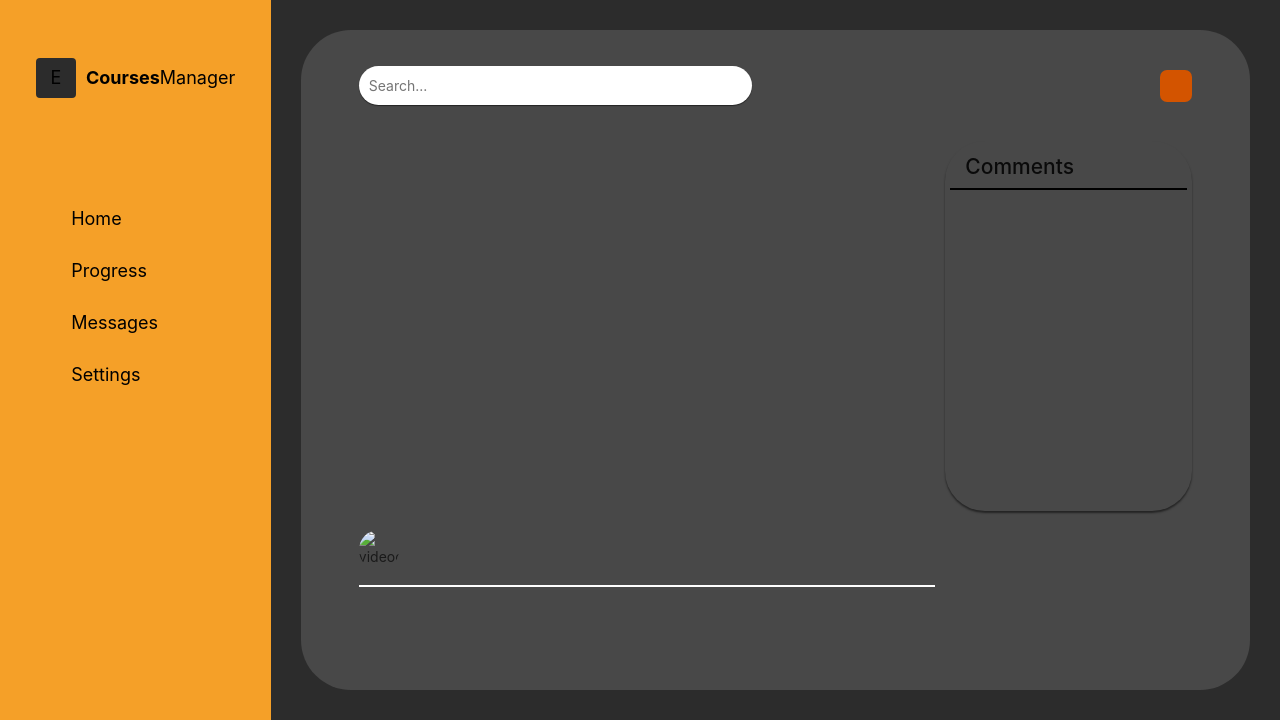
Repository: huynhnt1406/coursestorage
Page: /videodetail/1 (app in coursestorage/)
An editor plug-in stored every save of this project. The page is shown before and after the next save, followed by the edit.
The browser window is 1280 px wide. The pictures show the whole page.
The page's requests for data from a server got no answer. The project was rebuilt for these pictures with package versions that can differ from the ones it lists, and the page was loaded fresh each time. No one was signed in, and anything a server would have sent is missing. Also part of the build but not shown: coursestorage/src/components/ListItems.vue, coursestorage/src/components/VideoList.vue, coursestorage/src/smallcomponents/Messages.vue, coursestorage/src/smallcomponents/Progress.vue, coursestorage/src/smallcomponents/Settings.vue.

Above is the page before, as saved 2021-05-02 01:27:14.

### coursestorage/src/main.js
import Vue from 'vue'
import App from './App.vue'
import 'ant-design-vue/dist/antd.css'
import Antd from 'ant-design-vue';
import router from './router/index';
import store from './stores/index'
Vue.config.productionTip = false
Vue.use(Antd);
new Vue({
  router,
  store,
  render: h => h(App),
}).$mount('#app')

### coursestorage/src/App.vue
<template>
  <div class="container">
    <div class="sidebar">
      <Sidebar/>
    </div>
    <div class="main">
      <SearchBar/>
      <router-view/>
    </div>
  </div>
</template>

<script>
import Sidebar from './components/Sidebar'
import SearchBar from './components/SearchBar'
export default {
  components:{
    Sidebar,
    SearchBar,
  }
}
</script>

<style>
*{
  margin:0
}
.container{
  background-color:#2C2C2C;
  min-height: 100vh;
  display: flex;
}
.main{
  flex:0.8;
  background-color:#484848;
  margin:30px;
  border-radius: 50px;
}
</style>

### coursestorage/src/router/index.js
import Vue from 'vue'
import VueRouter from 'vue-router'
import VideoList from '../components/VideoList'
import Messages from '../smallcomponents/Messages'
import Progress from '../smallcomponents/Progress'
import Settings from '../smallcomponents/Settings'
import VideoDetail from '../smallcomponents/VideoDetail'
Vue.use(VueRouter)
const routes = [
    {
        path:'/',
        name:'VideoList',
        component:VideoList
    },
    {
        path:'/progress',
        name:'Progress',
        component:Progress
    },
    {
        path:'/messages',
        name:'Messages',
        component:Messages
    },
    {
        path:'/settings',
        name:'Settings',
        component:Settings
    },
    {
        path:'/videodetail/:id',
        name:'VideoDetail',
        component:VideoDetail,
        props:true
    }
]
export default new VueRouter({
    routes,
    mode:'history'
})

### coursestorage/src/stores/index.js
import Vue from 'vue'
import Vuex from 'vuex'
import videolists from './modules/videolists'
Vue.use(Vuex)

export default new Vuex.Store({
    modules:{
        videolists
    }
})

### coursestorage/src/components/Sidebar.vue
<template>
  <div class="sidebar">
      <div class="sidebar-header">
          <a-avatar shape="square" size="large" style="backgroundColor:#2C2C2C ; marginRight:10px">E</a-avatar>
          <span><strong>Courses</strong>Manager</span>
      </div>
      <div class="sidebar-links">
          <div class="link">
              <a-icon style="color:#484848 " type="appstore"/>
              <router-link class="sidebar-link" to="/"><span>Home</span></router-link>
          </div>
           <div class="link">
               <a-icon style="color:#484848 " type="bar-chart" />
               <router-link class="sidebar-link" to="/progress"><span>Progress</span></router-link>
          </div>
           <div class="link">
                <a-icon style="color:#484848 " type="message" />
                <router-link class="sidebar-link" to="/messages">

                <span>Messages</span></router-link>
          </div>
           <div class="link">
                <a-icon style="color:#484848 ; opacity:0.7" type="setting" />
                <router-link class="sidebar-link" to="/settings"><span>Settings</span></router-link>
          </div>
      </div>
  </div>
</template>

<script>
export default {

}
</script>

<style>
.sidebar{
    flex:0.2;
    background-color:#F5A028;
}
.sidebar-header{
    display: flex;
    align-items: center;
    justify-content: center;
    padding-top:8vh;
    padding-left:5vh;
    padding-right:5vh;
    padding-bottom:5vh;
}
.sidebar-header span{
    color:BLACK;
    font-size: large;
}
.sidebar-links{
    padding:8.5vh;
}
.link{
    display: flex;
    margin-bottom:5px;
    align-items: center;
    padding:10px 0 10px 0;
    color:BLACK;
}
.sidebar-link{
    color:BLACK;
    font-size: 18px;
}
.sidebar-link:focus{
    color:#d35400;
}
.link span{
    margin-left:10px;
}
.link:hover{
    color:#d35400;
    cursor: pointer;
}
</style>

### coursestorage/src/components/SearchBar.vue
<template>
  <div class="searchbar">
    <div class="search-tool">
        <a-icon type="search"  />
        <input type="text" placeholder="Search..." >
    </div>
    <div class="icons">
        <a-avatar shape="square" icon="user" type="user" style="color:black ;backgroundColor:transparent; border-radius:7px "  />
        <a-avatar shape="square" style="backgroundColor:#d35400 ;border-radius:7px " icon="fire" />
    </div>
  </div>
</template>

<script>
export default {

}
</script>

<style>
.searchbar{
    padding:5vh 8vh 5vh 8vh;
    display: flex;
    justify-content: space-between;
    align-items: center;
    flex:1;
}
.search-tool {
    background-color: white;
    box-shadow: 0 1px 1px rgba(0,0,0,.5);
    padding:8px;
    flex:0.5;
    border-radius: 20px;
}
.search-tool input{
    width: 50%;
    background-color: transparent;
    border:none;
    outline:none;
}
</style>

### coursestorage/src/smallcomponents/VideoDetail.vue
<template>
    <div class="video-detail">
        <div class="video-actions">
            <div class="video-left">
                <iframe height="370px" width="100%" :src="videodata.videoLink" frameborder="0"></iframe>
                <div class="video-stats">
                    <div class="stats-left">
                        <img :src="videodata.avatarUrl" alt="videodata.name">
                        <span>{{videodata.channelName}}</span>
                    </div>
                    <div class="stats-rights">
                        <div class="button">
                            <a-icon style="margin-right:5px ; color:white; font-weight:bold" type="like" />
                            <span>{{videodata.numLike}}</span>
                        </div>
                        <div class="button">
                            <a-icon style="margin-right:5px ; color:white; font-weight:bold" type="dislike" />
                            <span>{{videodata.numDislike}}</span>
                        </div>
                        <div style="margin-right:5px ; color:white; font-weight:bold" class="button">
                            <a-icon type="share-alt" />
                        </div>
                    </div>
                </div>
            </div>
            <div class="video-right">
                <h2>Comments</h2>
            </div>
        </div>
        <div class="video-subtitle">
            <h3>{{videodata.name}}</h3>
        </div>
    </div>
</template>

<script>
import axios from 'axios'
export default {
    props:{
        id:Number
    },
    data(){
        return{
            videodata:{
                id:'',
                name:'',
                numLike:'',
                numDislike:'',
                avatarUrl:'',
                videoLink:'',
                channelName:''
            }
        }
    },
    created(){
        axios.get(`http://localhost:3000/videolists/${this.id}`)
            .then(res => this.videodata = res.data)
    }
}
</script>

<style>
.video-actions{
    display: flex;
}
.video-left{
    flex:0.7;
}
.video-detail{
    margin-left: 8vh;
    margin-right: 8vh;
}
.stats-left img{
    height: 40px;
    width: 40px;
    border-radius: 50%;
}
.stats-left{
    display: flex;
    align-items: center;
}
.stats-rights{
    display: flex;
    align-items: center;
}
.video-stats{
    display: flex;
    justify-content: space-between;
    align-items: center;
    padding-top:2vh;
    padding-bottom: 2vh;
    border-bottom: 2px solid white;
}
.button{
    margin-left:3vh;
}
.video-left iframe {
    border-radius: 40px;
}
.stats-left span{
    font-weight: 700;
    color:white;
    font-size: 16px;
    margin-left:10px;
}
.button span{
    font-weight: 500;
    color:white;
    font-size: 15px;

}
.video-subtitle h3{
    margin-top: 2vh;
    color:white;
}
.video-right{
    height: 370px;
    flex:0.3;
    margin-left:10px;
    border-radius: 40px;
    box-shadow: 0 2px 2px rgba(0,0,0,.5);
}
.video-right h2{
    padding:5px 15px 5px 15px;
    border-bottom: 2px solid black;
    margin:5px;
}
</style>

### coursestorage/src/stores/modules/videolists.js
const state = {
    videolists:[
        {
            id:1,
            name:"Laravel 8 REST API With Sanctum Authentication",
            minutes:'54:14',
            avatarUrl:'https://yt3.ggpht.com/ytc/AAUvwng963DN2_MIbKuvMWRrN4KG920h3Y4YHg6KET9vZg=s176-c-k-c0x00ffffff-no-rj',
            thumnailUrl:'https://i.ytimg.com/vi/MT-GJQIY3EU/maxresdefault.jpg',
            channelName:'Traversy Media',
        },
        {
            id:2,
            name:"Node.js and Express.js - Full Course",
            minutes:'8:16:47',
            avatarUrl:'https://yt3.ggpht.com/ytc/AAUvwnifaQZvAunS0OFb2y_cieoVjLCVjqQW8Exf3BC1gg=s176-c-k-c0x00ffffff-no-rj',
            thumnailUrl:'https://i.ytimg.com/vi/Oe421EPjeBE/maxresdefault.jpg',
            channelName:'freeCodeCamp.org',
        },
        {
            id:3,
            name:"React JS - React Tutorial for Beginners",
            minutes:'2:25:26',
            avatarUrl:'https://yt3.ggpht.com/ytc/AAUvwnj82Lirw0dg6V5pJWAcWdG22OESyldUcDwAFEqQWg=s176-c-k-c0x00ffffff-no-rj',
            thumnailUrl:'https://i.ytimg.com/vi/Ke90Tje7VS0/maxresdefault.jpg',
            channelName:'Programming with Mosh',
        },
        {
            id:4,
            name:"Vuex Crash Course | State Management",
            minutes:'1:01:18',
            avatarUrl:'https://yt3.ggpht.com/ytc/AAUvwng963DN2_MIbKuvMWRrN4KG920h3Y4YHg6KET9vZg=s176-c-k-c0x00ffffff-no-rj',
            thumnailUrl:'https://i.ytimg.com/vi/5lVQgZzLMHc/maxresdefault.jpg',
            channelName:'Travesy Media',
        }
    ]
}
const getters = {
    allVideos: (state) => state.videolists
}
const actions = {}
const mutations = {}
export default {
    state, getters,actions,mutations
}

Loaded but not shown: coursestorage/public/index.html (common file)

After the next save:
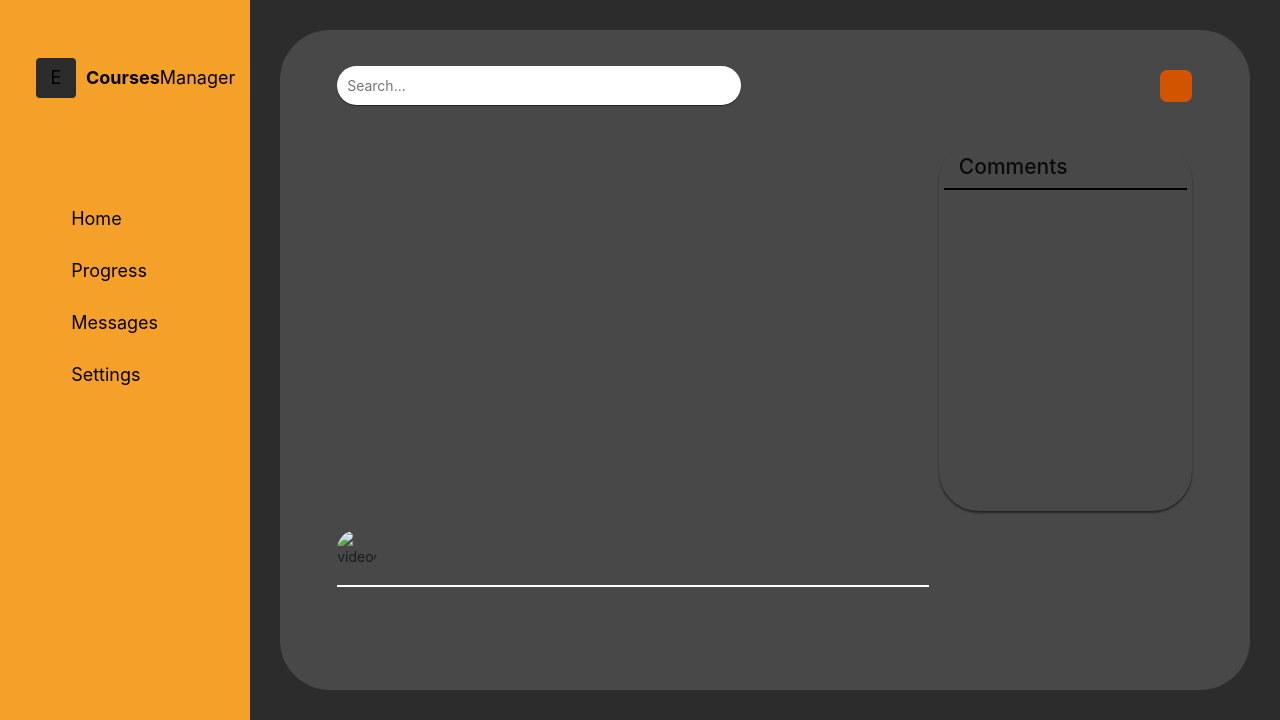
Saved 22 s later.
--- a/coursestorage/src/components/Sidebar.vue
+++ b/coursestorage/src/components/Sidebar.vue
@@ -44,7 +44,7 @@ export default {
     justify-content: center;
     padding-top:8vh;
     padding-left:5vh;
-    padding-right:5vh;
+    padding-right:2vh;
     padding-bottom:5vh;
 }
 .sidebar-header span{
